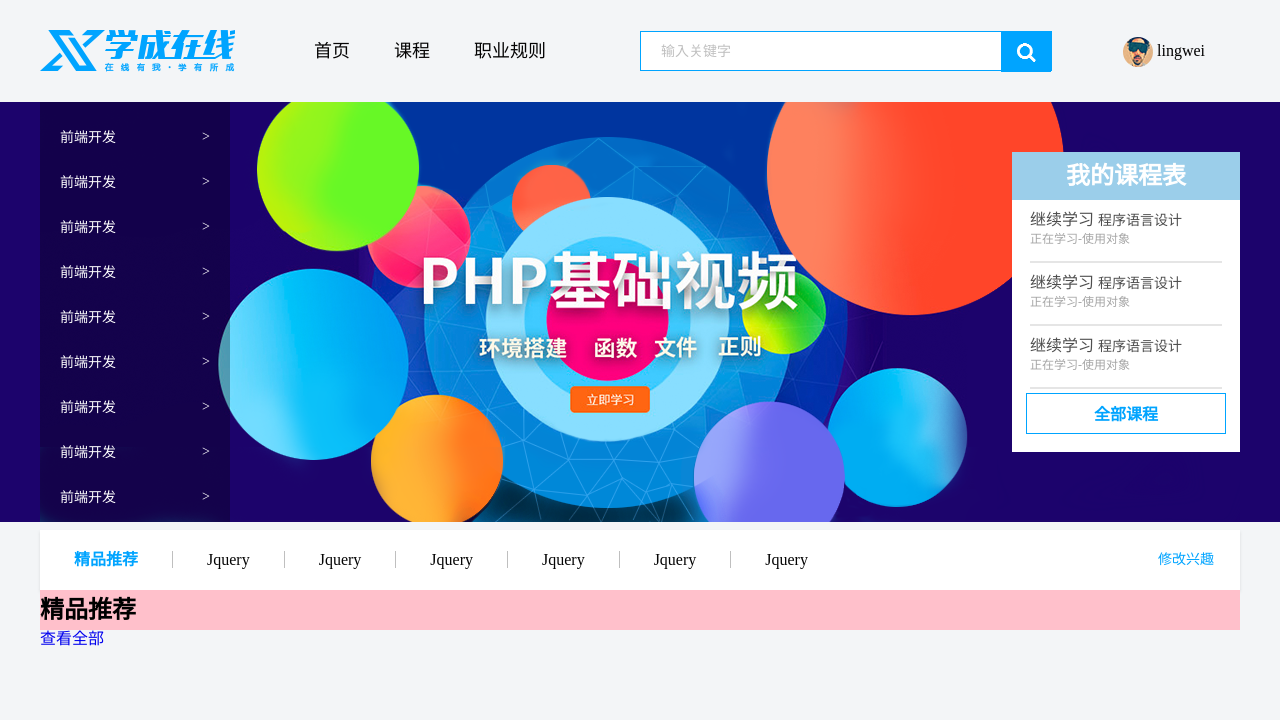
Repository: DengBiHua/xcdx
Page: index.html
These files come from the project's save history. The page is drawn as it stood at one moment and after the next save; the edit follows.
The browser window is 1280 px wide. The pictures show the whole page.

Above is the page before, as saved 2022-04-15 10:01:43.

### index.html
<!DOCTYPE html>
<html lang="en">
<head>
    <meta charset="UTF-8">
    <meta http-equiv="X-UA-Compatible" content="IE=edge">
    <meta name="viewport" content="width=device-width, initial-scale=1.0">
    <title>学成在线</title>
    <link rel="stylesheet" href="css/index.css">
</head>
<body>
    <!-- 头部 -->
    <div class="header wrapper">
        <h1>
            <a href="#">
                <img src="images/logo.png" alt="">
            </a>
        </h1>
        <!-- 导航 -->
        <div class="nav">
            <ul>
                <li><a href="#">首页</a></li>
                <li><a href="#">课程</a></li>
                <li><a href="#">职业规则</a></li>
            </ul>
        </div>
        <!-- 搜索 -->
        <div class="search">
            <input type="text" placeholder="输入关键字">
            <button></button>
        </div>
        <!-- 用户 -->
        <div class="user">
            <img src="./images/user.png" alt="">
            <span>lingwei</span>
        </div>
    </div>
    <div class="banner">
        <div class="wrapper">
            <div class="left">
                <ul>
                    <li><a href="#">前端开发<span>></span></a></li>
                    <li><a href="#">前端开发<span>></span></a></li>
                    <li><a href="#">前端开发<span>></span></a></li>
                    <li><a href="#">前端开发<span>></span></a></li>
                    <li><a href="#">前端开发<span>></span></a></li>
                    <li><a href="#">前端开发<span>></span></a></li>
                    <li><a href="#">前端开发<span>></span></a></li>
                    <li><a href="#">前端开发<span>></span></a></li>
                    <li><a href="#">前端开发<span>></span></a></li>
                </ul>
            </div>
            <div class="right">
                <h2>我的课程表</h2>
                <div class="content">
                    <dl>
                        <dt>
                            <span class="titleLeft">继续学习</span>
                            <span class="titleRight">程序语言设计</span>
                        </dt>
                        <dd>正在学习-使用对象</dd>
                    </dl>
                    <dl>
                        <dt>
                            <span class="titleLeft">继续学习</span>
                            <span class="titleRight">程序语言设计</span>
                        </dt>
                        <dd>正在学习-使用对象</dd>
                    </dl>
                    <dl>
                        <dt>
                            <span class="titleLeft">继续学习</span>
                            <span class="titleRight">程序语言设计</span>
                        </dt>
                        <dd>正在学习-使用对象</dd>
                    </dl>
                </div>
                <a href="#" class="all">全部课程</a>
            </div>
        </div>
    </div>
    <!-- 精品推荐 -->
    <div class="recommend wrapper">
        <h2>精品推荐</h2>
        <ul>
            <li><a href="#">Jquery</a></li>
            <li><a href="#">Jquery</a></li>
            <li><a href="#">Jquery</a></li>
            <li><a href="#">Jquery</a></li>
            <li><a href="#">Jquery</a></li>
            <li><a href="#">Jquery</a></li>
        </ul>
        <a href="#" class="interest">修改兴趣</a>
    </div>
    <div class="recommendDetail wrapper">
        <div class="title">
            <h2>精品推荐</h2>
            <a href="#">查看全部</a>
        </div>
    </div>
</body>
</html>

### css/index.css
/* css代码顺序
1、浮动/display
2、盒子模型
3、文字样式
 */

/* 通用模版 */
* {
    margin: 0;
    padding: 0;
    /* 内减模式 */
    box-sizing: border-box;
}
li {
    /* 清除列表前方小圆点 */
    list-style-type: none;
}
a {
    /* 去除超链接文字的下划线 */
    text-decoration: none;
}
.clearfix::before,.clearfix::after {
    content: "";
    display: table;
}
.clearfix::after {
    clear: both;
}

/* 版心 */
.wrapper {
    width: 1200px;
    margin: 0 auto;
}

body {
    background-color: #f3f5f7;
}

/* 头部 */
.header {
    height: 42px;
    margin: 30px auto;
}

h1 {
    float: left;
}

/* 导航 */
.nav {
    float: left;

    height: 42px;
    margin-left: 70px;
}

.nav li {
    float: left;

    margin-right: 26px;
}

.nav li a {
    display: block;

    padding: 0 9px;
    height: 42px;
    line-height: 42px;

    font-size: 18px;
    color: #050505;
}

.nav li a:hover {
    border-bottom: 2px solid #00a4ff;
}

.search {
    float: left;
    margin-left: 59px;
    margin-top: 1px;
    width: 412px;
    height: 40px;
    border: 1px solid #00a4ff;
}

.search input {
    float: left;
    padding-left: 20px;
    width: 360px;
    height: 38px;
    border: 0;
}

.search input::placeholder {
    font-size: 14px;
    color: #bfbfbf;
}

.search button {
    float: left;
    width: 50px;
    height: 40px;
    background-image: url(../images/btn.png);
    border: 0;
}

.user {
    float: right;
    margin-right: 35px;
    height: 42px;
    line-height: 42px;
}

.user img {
    /* 调节图片垂直方向对齐方式 */
    vertical-align: middle;
}

.banner {
    height: 420px;
    background-color: #1c036c;
}

.banner .wrapper {
    height: 420px;
    background-image: url(../images/banner2.png);
}

.banner .left {
    float: left;
    padding: 0 20px;
    width: 190px;
    height: 420px;
    background-color: rgba(0, 0, 0, 0.3);
    line-height: 44px;
}

.banner ul {
    margin-top: 13px;
}

.banner a {
    font-size: 14px;
    color: #ffffff;
}

.banner a:hover {
    color: #00b4ff;
}

.banner .left span {
    float: right;
}

.banner .right {
    float: right;
    margin-top: 50px;
    width: 228px;
    height: 300px;
    background-color: #ffffff;
}

.banner .right h2 {
    height: 48px;
    background-color: #9bceea;
    font: 18px;
    color: #ffffff;
    text-align: center;
    line-height: 48px;
}

.banner .content {
    padding: 0 18px;
}

.banner .right dl {
    padding: 12px 0;
    border-bottom: 2px solid #e5e5e5;
}

.banner .right .content dt {
    color: #4e4e4e;
    line-height: 16px;
}

.banner .right .titleLeft {
    font-size: 16px;
}

.banner .right .titleRight {
    font-size: 14px;
}

.banner .right .content dd {
    color: #a5a5a5;
    font-size: 12px;
    line-height: 20px;
}

.banner .right .all {
    display: block;
    margin: 4px auto 0;
    width: 200px;
    height: 41px;
    border: 1px solid #00a4ff;
    font-weight: 700;
    font-size: 16px;
    color: #00a4ff;
    text-align: center;
    line-height: 41px;
}

.recommend {
    margin-top: 8px;
    height: 60px;
    background-color: #ffffff;
    box-shadow: 0px 2px 3px 0px rgba(118, 118, 118, 0.2);
    line-height: 60px;
}

.recommend h2 {
    float: left;
    width: 132px;
    text-align: center;
    font-size: 16px;
    font-weight: bold;
    color: #00a4ff;
}

.recommend ul {
    float: left;
}

.recommend ul li {
    float: left;
}

.recommend ul li a {
    padding: 0 34px;
    border-left: 1px solid #bfbfbf;
    font-size: 16px;
    color: #050505;
}

.recommend .interest {
    float: right;
    padding: 0 26px;
    font-size: 14px;
    color: #00a4ff;
}

.recommendDetail .title {
    height: 40px;
    background-color: pink;
}

After the next save:
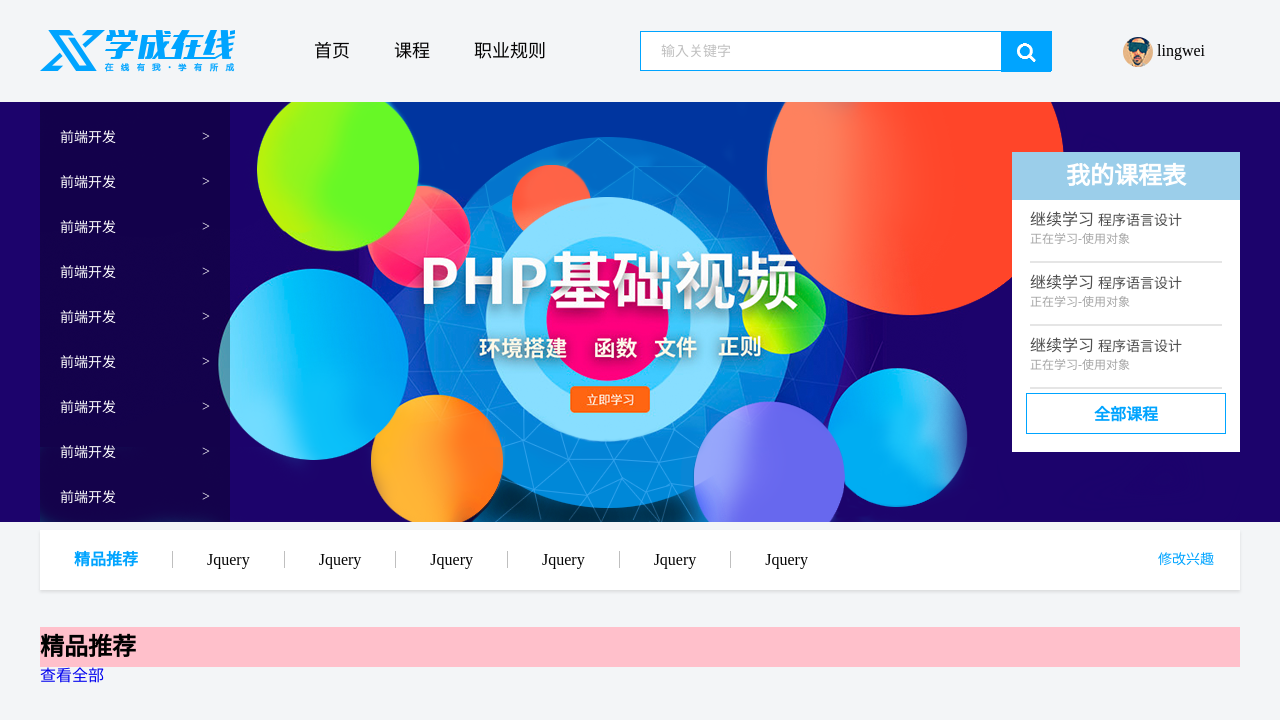
Saved 54 s later.
--- a/css/index.css
+++ b/css/index.css
@@ -251,6 +251,10 @@
     color: #00a4ff;
 }
 
+.recommendDetail {
+    margin-top: 37px;
+}
+
 .recommendDetail .title {
     height: 40px;
     background-color: pink;
